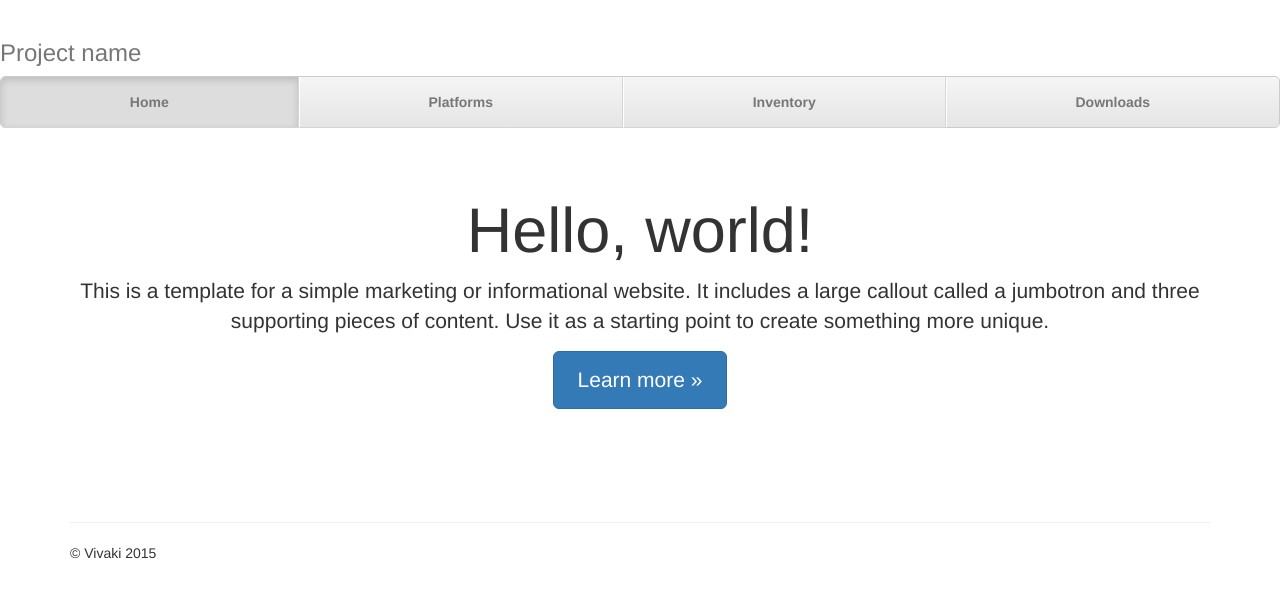
Repository: benlampert/vv
Page: vv/templates/base.html
The author's editor kept a record of every edit. The page is drawn from the files as they stood at one moment, then again after the next edit.
The browser window is 1280 px wide. The pictures show the whole page.
The template is drawn by Django 2.2. The application's start-up code is not run. The template is opened directly, without the code that normally fills it, so the values that code supplies are empty.

Above is the page before.

After the next edit:
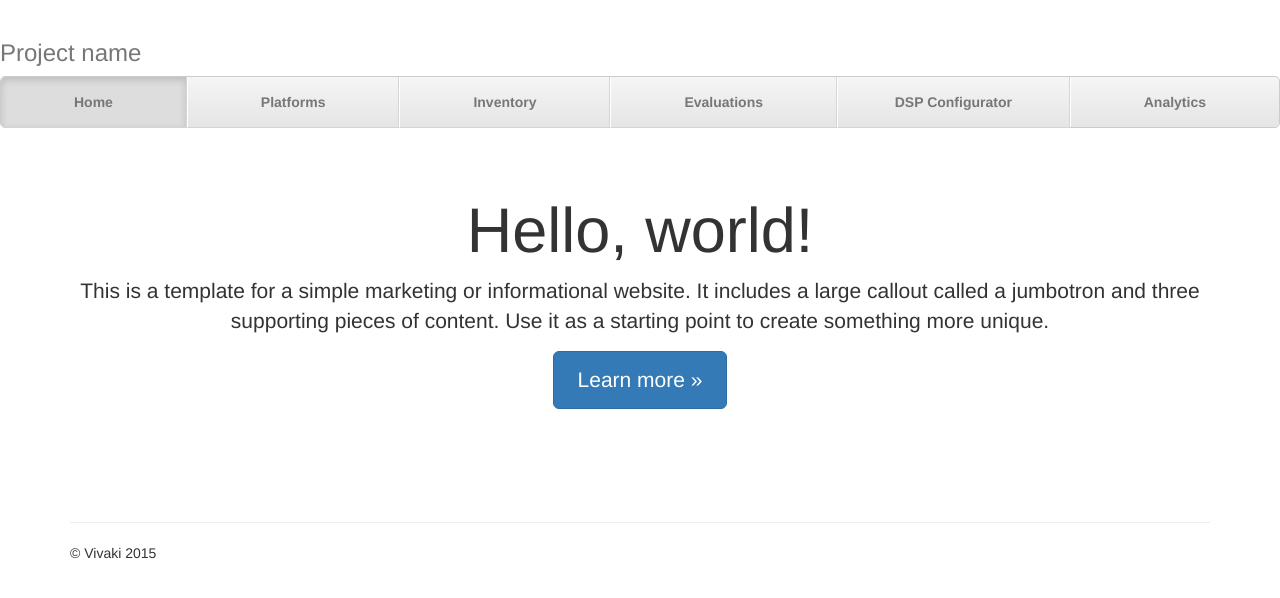
The edit:
--- a/vv/templates/base.html
+++ b/vv/templates/base.html
@@ -39,8 +39,9 @@
             <li class="active"><a href="#">Home</a></li>
             <li><a href="#">Platforms</a></li>
             <li><a href="#">Inventory</a></li>
-            <li><a href="#">Downloads</a></li>
-
+            <li><a href="#">Evaluations</a></li>
+            <li><a href="#">DSP Configurator</a></li>
+            <li><a href="#">Analytics</a></li>
           </ul>
         </nav>
       </div>
